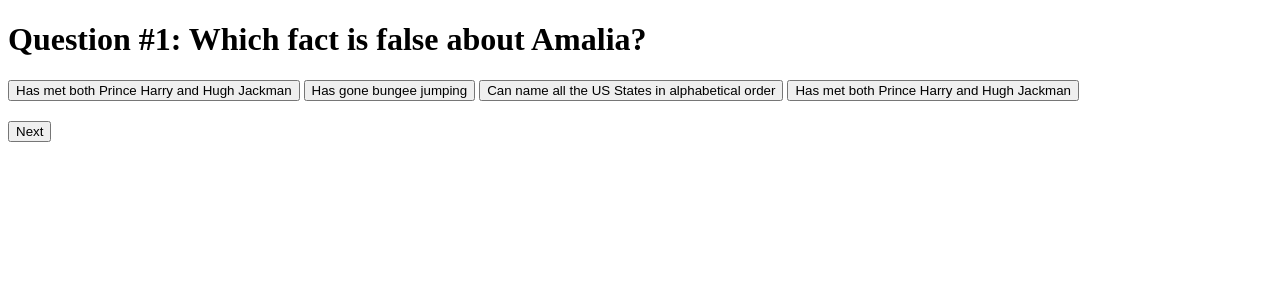
Repository: RenataDzotova/Trivia-BCIT
Page: http://localhost/quiz?q=1
These files come from the project's save history. The page is drawn as it stood at one moment and after the next save; the edit follows.
The browser window is 1280 px wide. The pictures show the whole page.
The page is served by the project's Node server (index.js).

Above is the page before, as saved 2022-11-08 10:16:26.

After the next save:
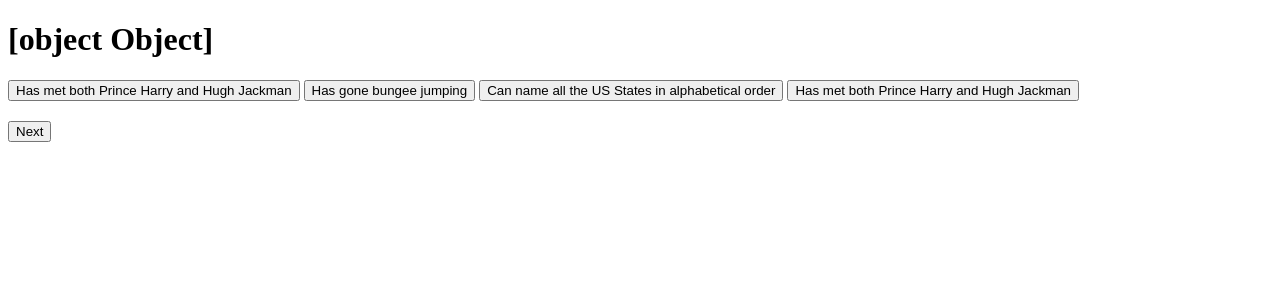
Saved 34 s later.
--- a/views/question.ejs
+++ b/views/question.ejs
@@ -27,7 +27,7 @@
 
 <body>
     <!-- <img src="../public/1.jpeg"/> -->
-    <h1> <%= allQuestions[qnum].ques %> </h1>
+    <h1> <%= allQuestions[qnum] %> </h1>
 
     <button onclick="SendAnswer('<%= allQuestions[qnum] %>', 'opt1')"><%= allQuestions[qnum].opt1 %></button>
     <button onclick="SendAnswer(2, 'opt2')"><%= allQuestions[qnum].opt2 %></button>

After the save that followed:
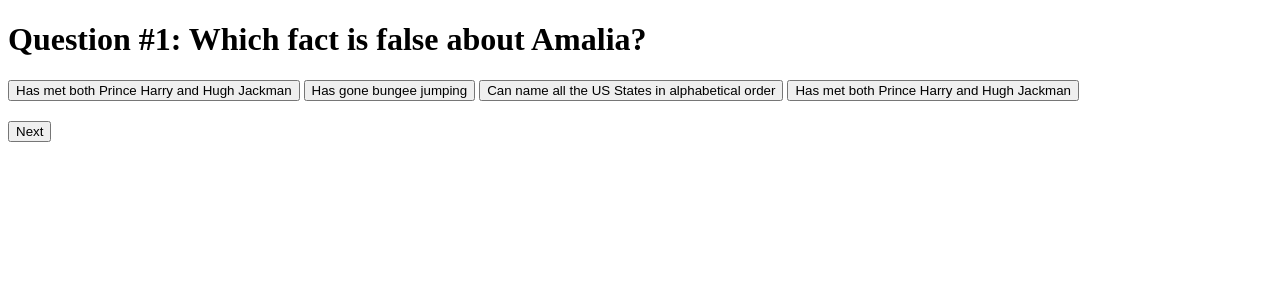
Saved 10 s later.
--- a/views/question.ejs
+++ b/views/question.ejs
@@ -27,7 +27,7 @@
 
 <body>
     <!-- <img src="../public/1.jpeg"/> -->
-    <h1> <%= allQuestions[qnum] %> </h1>
+    <h1> <%= allQuestions[qnum].ques %> </h1>
 
     <button onclick="SendAnswer('<%= allQuestions[qnum] %>', 'opt1')"><%= allQuestions[qnum].opt1 %></button>
     <button onclick="SendAnswer(2, 'opt2')"><%= allQuestions[qnum].opt2 %></button>
